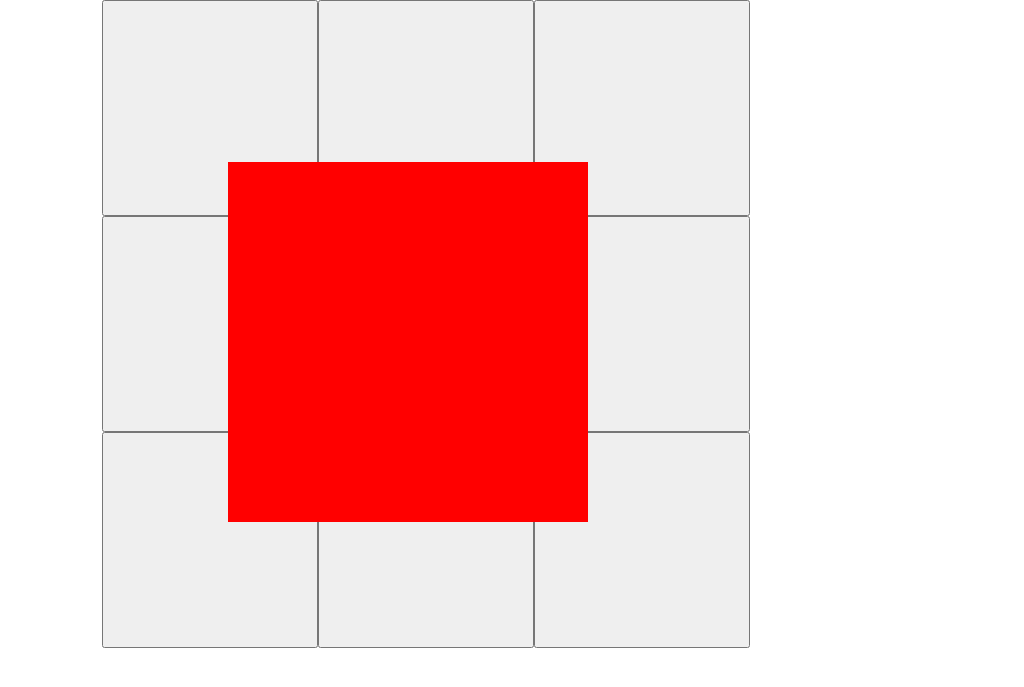
Repository: napan24/tic-tac-toe
Page: /
An editor plug-in stored every save of this project. The page is shown before and after the next save, followed by the edit.
The browser window is 1024 px wide. The pictures show the whole page.
The project was rebuilt for these pictures with package versions that can differ from the ones it lists, and the page was loaded fresh each time. Also part of the build but not shown: src/App.css.

Above is the page before, as saved 2022-06-14 17:10:50.

### src/App.js
import {useEffect} from 'react';
import logo from './logo.svg';
import './App.css';
import { FontAwesomeIcon } from '@fortawesome/react-fontawesome';
import { faXmark } from '@fortawesome/free-solid-svg-icons';
import { faCircle } from '@fortawesome/free-regular-svg-icons';
import './tik.css';
import { useState } from 'react';
import cross from './cross.jpeg';
import circle from './circle.png';
/* <FontAwesomeIcon icon={faXmark} size="5x" /> */
/* <FontAwesomeIcon icon={faCircle} size="5x"/> */

// const cl=event.currentTarget.id;
// const el = document.getElementById(cl);
// el.append(a);
function App() {
  const [board,setBoard]=useState([[" "," "," "],[" "," "," "],[" "," "," "]]);
  const [curr,setCurr]=useState(false);
  const [c,setC]=useState(null);
  const [row,setRow]=useState(0);
  const [col,setCol]=useState(0);
  const [win,setWin]=useState(false);
  function update(r,c){
    setBoard((prevstate)=>{
      let newBoard=[...prevstate];
      newBoard[r][c]=curr?"/":"+";
      return newBoard;
    });
    setRow(r);
    setCol(c);
  }
  useEffect(() => {
    func();
  }, [board])
  // useEffect(() => {

  // }, [win])

  function func(){
    if(board[row][col]===" "){
      return;
    }
    let count=0;
    let i=row;
    while(i<3){
      if(board[i][col]==board[row][col]){
        count++;
      }
      i++;
    }
    if(count==3){
      console.log('a');
      setWin(true);
    }
    count--;
    i=row;
    while(i>=0){
      if(board[i][col]==board[row][col]){
        count++;
      }
      i--;
    }
    console.log(count);
    if(count==3){
      console.log('a');
      setWin(true);
    }
    let j=col;
    count=0;
    while(j<3){
      if(board[row][j]==board[row][col]){
        count++;
      }
      j++;
    }
    if(count==3){
      console.log('a');
      setWin(true);
    }
    count--;
    j=col;
    while(j>=0){
      if(board[row][j]==board[row][col]){
        count++;
      }
      j--;
    }
    console.log(count);
    if(count==3){
      console.log('a');
      setWin(true);
    }
  }
  const handleClick = event => {
    const cl=event.currentTarget.id;
    document.getElementById(cl).style.background =curr?"url("+cross+")":"url("+circle+")";
    document.getElementById(cl).style.backgroundSize="cover";
    document.getElementById(cl).style.backgroundRepeat="no-repeat";
    let a;
    if(cl=="r1column1"){
      update(0,0);
    }
    if(cl=="r1column2"){
      update(0,1);
    }
    if(cl=="r1column3"){
      update(0,2);
    }
    if(cl=="r2column1"){
      update(1,0);
    }
    if(cl=="r2column2"){
      update(1,1);
    }
    if(cl=="r2column3"){
      update(1,2);
    }
    if(cl=="r3column1"){
      update(2,0);
    }
    if(cl=="r3column2"){
      update(2,1);
    }
    if(cl=="r3column3"){
      update(2,2);
    }
    setCurr(!curr);
  };
  const box={
    height:"30vmin",
    width:"30vmin"
  }
  return (
    <>
    <div id="mainblock">
      <div id="win" style={{backgroundColor:"red",height:"50vmin",width:"50vmin",position:"absolute",right:"25%",top:"25%"}}>
      </div>
      <div id="row1" style={{ display: "flex", justifyContent: "center", alignContent: "center" }}>
        <button id="r1column1" onClick={handleClick} style={box}></button>
        <button id="r1column2" onClick={handleClick} style={box}></button>
        <button id="r1column3" onClick={handleClick} style={box}></button>
      </div>
      <div id="row2" style={{ display: "flex", justifyContent: "center", alignContent: "center" }}>
        <button id="r2column1" onClick={handleClick} style={box}></button>
        <button id="r2column2" onClick={handleClick} style={box}></button>
        <button id="r2column3" onClick={handleClick} style={box}></button>
      </div>
      <div id="row" style={{ display: "flex", justifyContent: "center", alignContent: "center" }}>
        <button id="r3column1" onClick={handleClick} style={box}></button>
        <button id="r3column2" onClick={handleClick} style={box}></button>
        <button id="r3column3" onClick={handleClick} style={box}></button>
      </div>
    </div>
    </>
  );
}

export default App;

### src/tik.css
@media (max-width:500px) {
    #mainblock{
        position:relative;
        left:2vw;
        display: inline-block;
    }
}
@media (max-width:2560px) and (min-width:1601px){
    #mainblock{
        position: relative;
        left:30vw;
        display: inline-block;
    }
}
@media (max-width:1600px) and (min-width:1301px){
    #mainblock{
        position: relative;
        left:20vw;
        display: inline-block;
    }
}
@media (max-width:1300px) and (min-width:1175px){
    #mainblock{
        position: relative;
        left:15vw;
        display: inline-block;
    }
}
@media (max-width:1174px) and (min-width:901px){
    #mainblock{
        position: relative;
        left:10vw;
        display: inline-block;
    }
}
@media (max-width:900px) and (min-width:501px){
    #mainblock{
        position: relative;
        left:5vw;
        display: inline-block;
    }
}

Loaded but not shown: public/index.html (common file); src/index.js (common file); src/index.css (common file); src/reportWebVitals.js (common file)

After the next save:
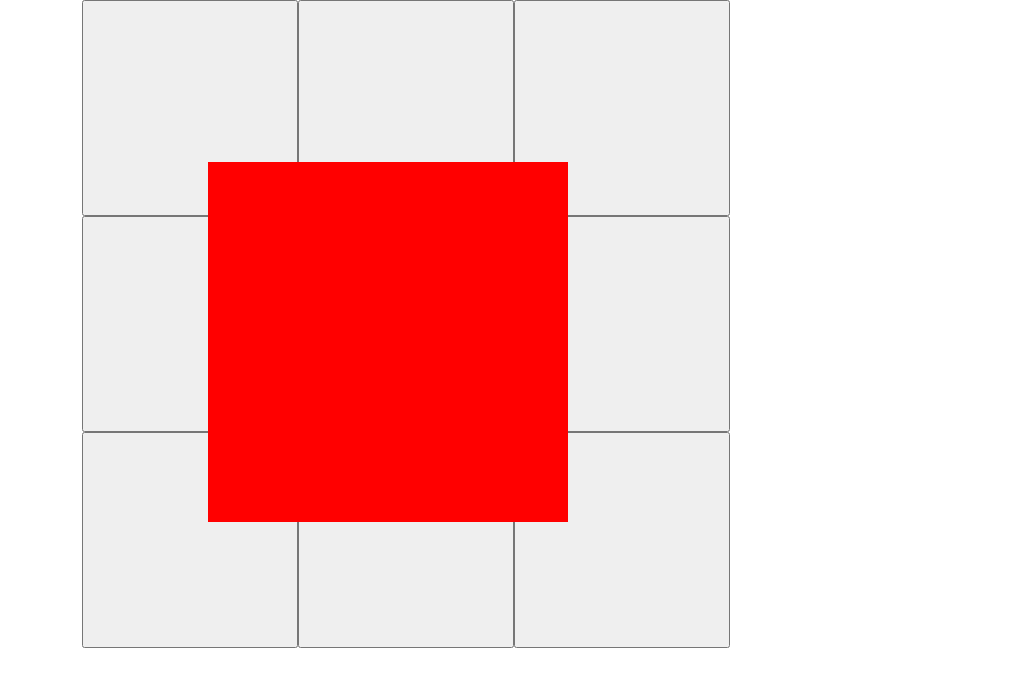
Saved 10 s later.
--- a/src/tik.css
+++ b/src/tik.css
@@ -29,7 +29,7 @@
 @media (max-width:1174px) and (min-width:901px){
     #mainblock{
         position: relative;
-        left:10vw;
+        left:8vw;
         display: inline-block;
     }
 }
